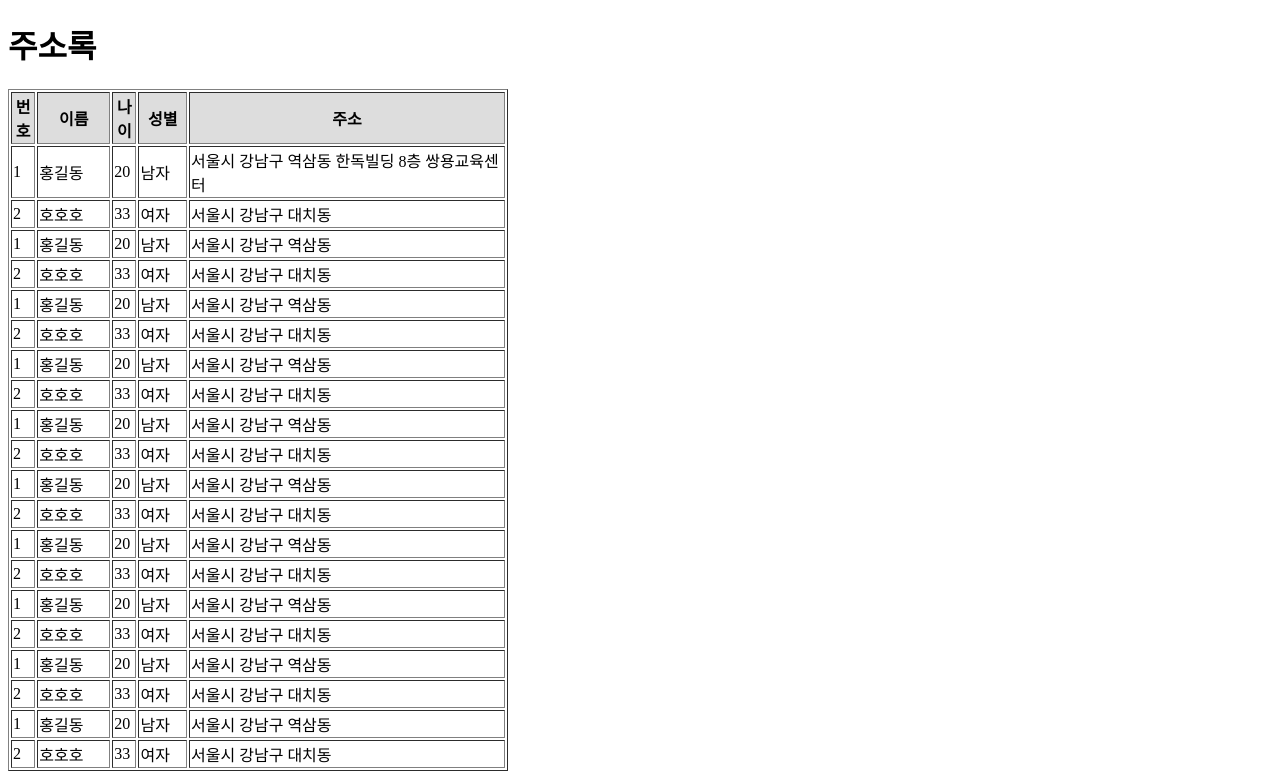
Repository: dnjs0/HCJ
Page: ClientTest/src/main/webapp/ex16_table.html
These files come from the project's save history. The page is drawn as it stood at one moment and after the next save; the edit follows.
The browser window is 1280 px wide. The pictures show the whole page.

Above is the page before, as saved 2025-02-11 07:38:02.

After the next save:
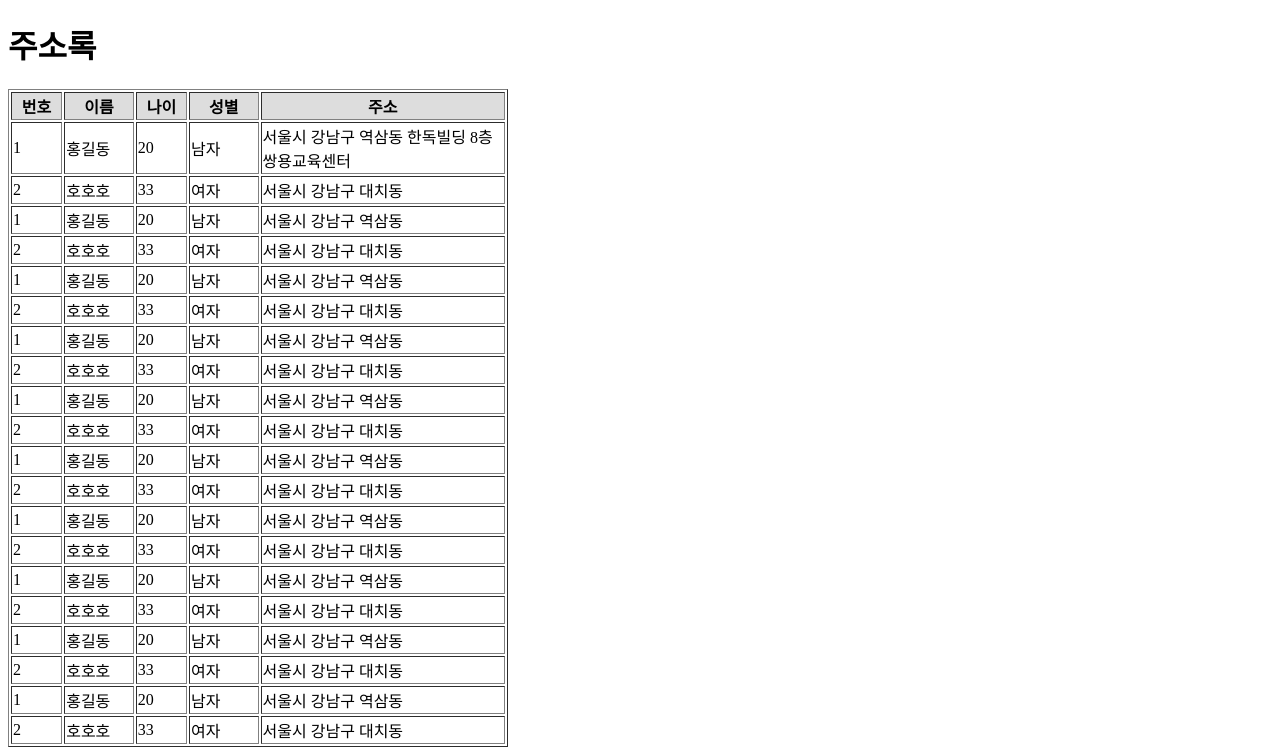
Saved 37 s later.
--- a/ClientTest/src/main/webapp/ex16_table.html
+++ b/ClientTest/src/main/webapp/ex16_table.html
@@ -10,11 +10,11 @@
 
     <table border="1" width="500" >
     <tr bgcolor = "#DDDDDD">
-        <td align="center" width = 5%><b>번호</b></td>
-        <td align="center" width = 15%><b>이름</b></td>
-        <td align="center" width = 5%><b>나이</b></td>
-        <td align="center" width = 10%><b>성별</b></td>
-        <td align="center" width = 70%><b>주소</b></td>
+        <td align="center" width = "50"><b>번호</b></td>
+        <td align="center" width = "70"><b>이름</b></td>
+        <td align="center" width = "50"><b>나이</b></td>
+        <td align="center" width = "70"><b>성별</b></td>
+        <td align="center" width = "260"><b>주소</b></td>
     </tr>
 
     <tr>
